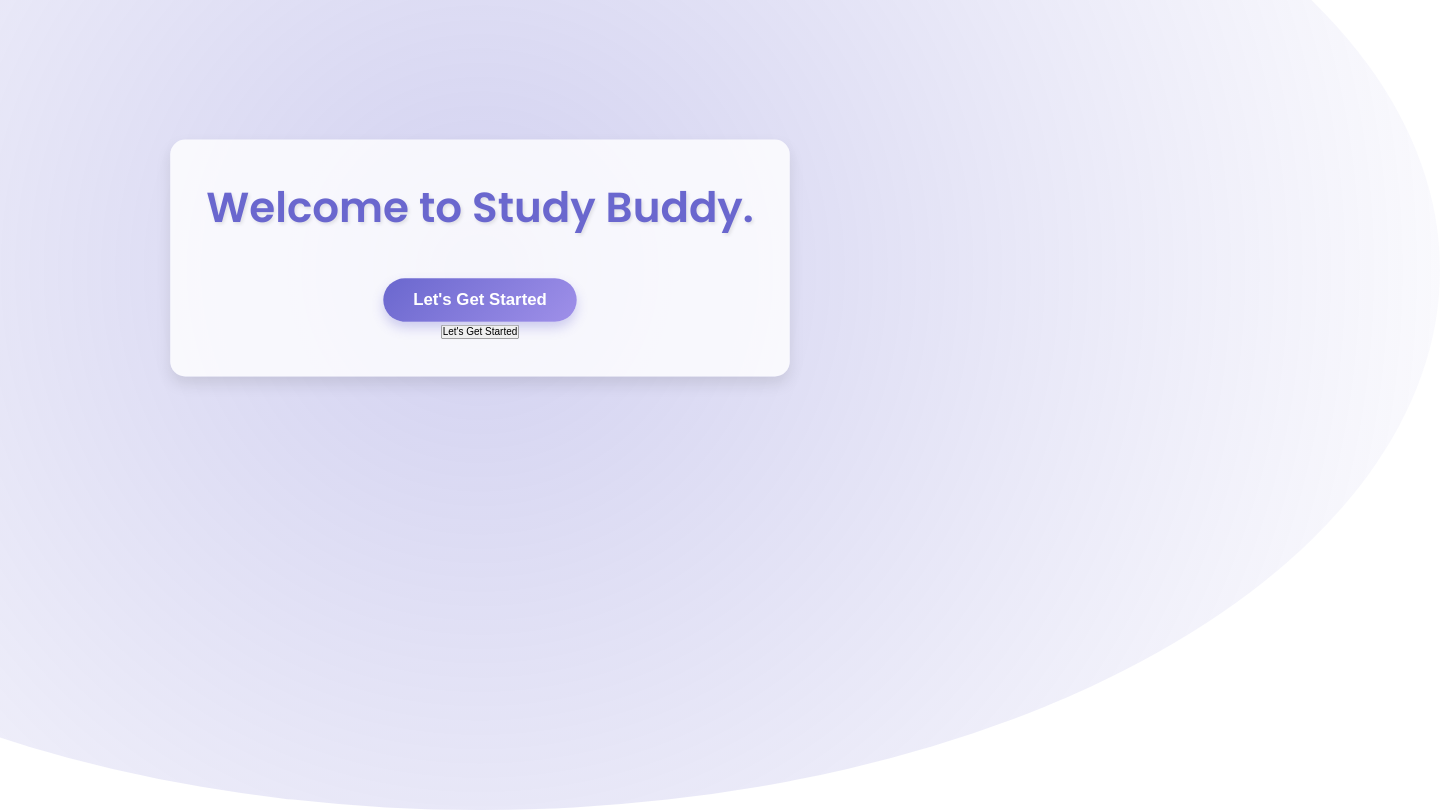
Repository: harneet862/hacked_beta
Page: http://localhost/
These files come from the project's save history. The page is drawn as it stood at one moment and after the next save; the edit follows.
The browser window is 1280 px wide. The page is 1920 px wide, so the pictures cover 1920 px, including what lies to the right of the window. The pictures show the whole page, at 75% of full size.
The page is served by the project's application, run on Flask 3 (app.py). Other server files are loaded and not shown.

Above is the page before, as saved 2024-11-09 22:58:37.

### templates/index.html
<!DOCTYPE html>
<html lang="en">
<head>
    <meta charset="UTF-8">
    <meta name="viewport" content="width=device-width, initial-scale=1.0">
    <meta http-equiv="X-UA-Compatible" content="IE=edge">
    <link href="https://fonts.googleapis.com/css2?family=Poppins:wght@600&display=swap" rel="stylesheet">
    <link href="{{url_for('static', filename='styles/style.css')}}" rel="stylesheet">
    <title>Study Buddy App</title>
</head>
<body>
    <!-- Welcome Section -->
    <header class="welcome">
        <!-- Animated Welcome Message -->
        <h1 class="welcome-message">
            <span class="letter">W</span>
            <span class="letter">e</span>
            <span class="letter">l</span>
            <span class="letter">c</span>
            <span class="letter">o</span>
            <span class="letter">m</span>
            <span class="letter">e</span>
            <span>&nbsp;</span>
            <span class="letter">t</span>
            <span class="letter">o</span>
            <span>&nbsp;</span>
            <span class="letter">S</span>
            <span class="letter">t</span>
            <span class="letter">u</span>
            <span class="letter">d</span>
            <span class="letter">y</span>
            <span>&nbsp;</span>
            <span class="letter">B</span>
            <span class="letter">u</span>
            <span class="letter">d</span>
            <span class="letter">d</span>
            <span class="letter">y</span>
            <span class="letter">.</span>
        </h1>
        <!-- Button -->
        <button class="start-button">Let's Get Started</button>

        <form action="{{ url_for('course') }}" method="GET">
            <button type="submit">Let's Get Started</button>
    </header>
</body>
</html>

### app.py
from flask import Flask , render_template, request, redirect, url_for
from flask_sqlalchemy import SQLAlchemy

from user_class import User




def get_courses(): #retrieves course list
    with open('course_list.txt', 'r') as file:
        courses = file.readlines()
    return courses

user = User() #instance of user class


app = Flask(__name__)

@app.route('/') #home route

def index():
    return render_template('index.html')
 #flask knows to look for this


# Course page (new route)
@app.route("/course", methods=["POST", "GET"])
def course():
    dropdown_options = get_courses()
    if request.method == "POST":
        selected_course = request.form.get("dropdown")

        user.courseUpdate(selected_course)

        return redirect(url_for("roles", course=selected_course))
    return render_template("course.html", options=dropdown_options)

# Roles page
@app.route("/roles", methods=["POST", "GET"])
def roles():
    selected_course = request.args.get("course")
    dropdown_options = ["Role 1", "Role 2", "Role 3", "Role 4"]
    if request.method == "POST":
        selected_role = request.form.get("dropdown")

        user.roleUpdate(selected_role)

        return redirect(url_for("status", course=selected_course, role=selected_role))
    return render_template("roles.html", options=dropdown_options, selected_course=selected_course)

# Status page
@app.route("/status", methods=["POST", "GET"])
def status():
    selected_course = request.args.get("course")
    selected_role = request.args.get("role")
    dropdown_options = ["Status 1", "Status 2", "Status 3", "Status 4"]
    if request.method == "POST":
        selected_status = request.form.get("dropdown")

        user.statusUpdate(selected_status)

        return redirect(url_for("location", course=selected_course, role=selected_role, status=selected_status))
    return render_template("status.html", options=dropdown_options, selected_course=selected_course, selected_role=selected_role)

# Location page
@app.route("/location", methods=["POST", "GET"])
def location():
    selected_course = request.args.get("course")
    selected_role = request.args.get("role")
    selected_status = request.args.get("status")
    dropdown_options = ["Location 1", "Location 2", "Location 3", "Location 4"]
    if request.method == "POST":
        selected_location = request.form.get("dropdown")

        user.locationUpdate(selected_location)

        return redirect(url_for("display", course=selected_course, role=selected_role, status=selected_status, location=selected_location))
    return render_template("location.html", options=dropdown_options, selected_course=selected_course, selected_role=selected_role, selected_status=selected_status)

# Display page
@app.route("/display", methods=["GET"])
def display():
    selected_course = user.returnCourse()
    selected_role = user.returnRole()
    selected_status = user.returnStatus()
    selected_location = user.returnLocation()
    return render_template("display.html", course=selected_course, role=selected_role, status=selected_status, location=selected_location)

if __name__ == "__main__":
    app.run(debug=True)

Loaded but not shown: static/styles/style.css (common file)

After the next save:
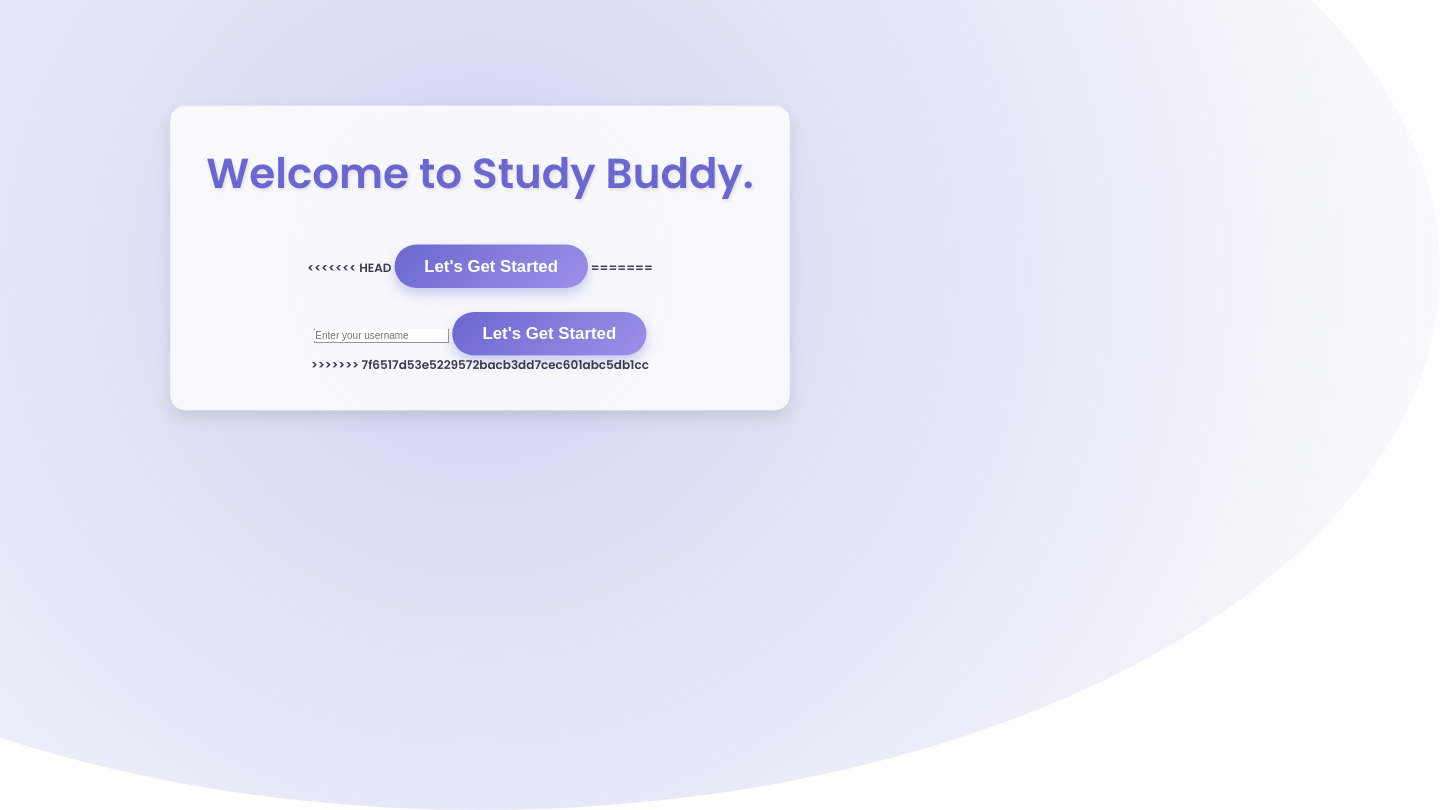
Saved 118 s later.
--- a/templates/index.html
+++ b/templates/index.html
@@ -38,10 +38,18 @@
             <span class="letter">.</span>
         </h1>
         <!-- Button -->
+<<<<<<< HEAD
         <button class="start-button">Let's Get Started</button>
 
-        <form action="{{ url_for('course') }}" method="GET">
-            <button type="submit">Let's Get Started</button>
+
+=======
+        <form id="username-form" class="username-form">
+    <input type="text" id="username" name="username" placeholder="Enter your username" required>
+    <button type="submit" class="start-button">Let's Get Started</button>
+</form>
+
+
+>>>>>>> 7f6517d53e5229572bacb3dd7cec601abc5db1cc
     </header>
 </body>
 </html>
